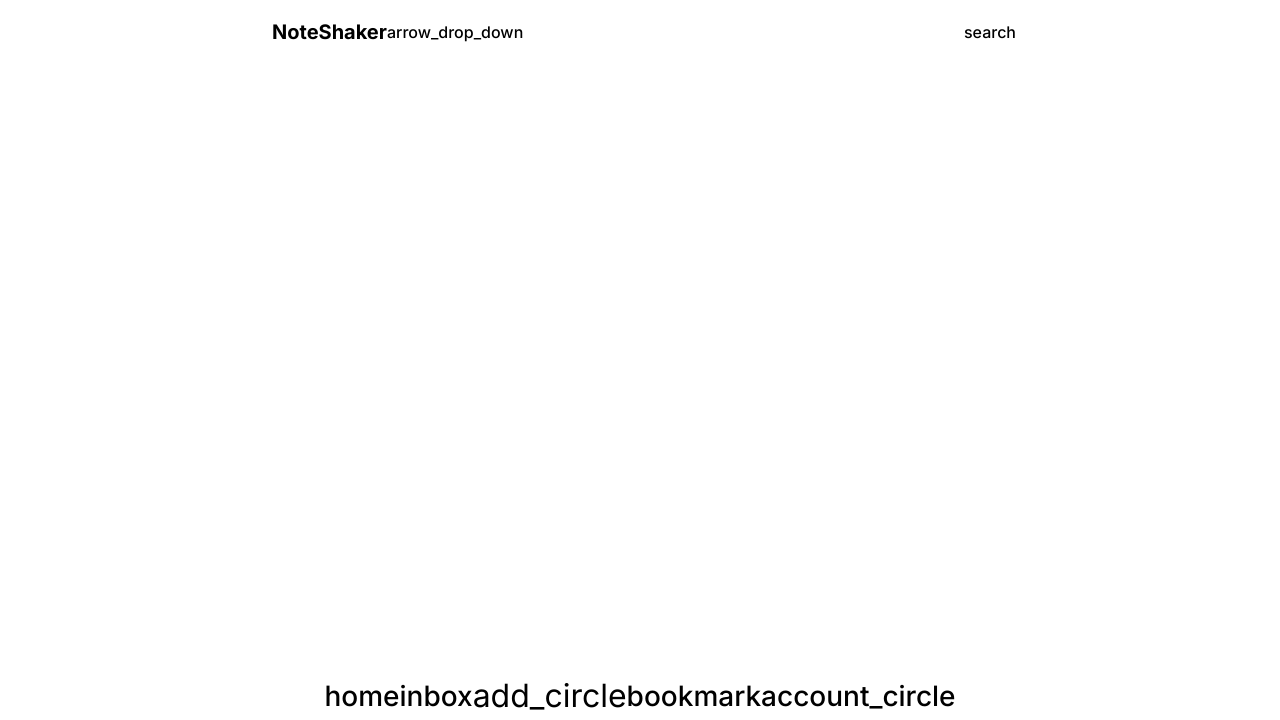
Repository: kwngmin/gongam
Page: /auth/signin
An editor plug-in stored every save of this project. The page is shown before and after a run of saves, followed by the edit.
The browser window is 1280 px wide. The pictures show the whole page.
The page's requests for data from a server got no answer. The project was rebuilt for these pictures with package versions that can differ from the ones it lists, and the page was loaded fresh each time. The framework's server and built-in components were replaced by stand-ins that run in the browser. No one was signed in, and anything a server would have sent is missing. Also part of the build but not shown: next.config.js.

Above is the page before, as saved 2023-11-01 21:43:03.

### src/app/layout.tsx
import type { Metadata } from 'next';
import { Inter } from 'next/font/google';
import './globals.css';
import Navbar from '@/components/ui/Navbar';
import 'material-symbols';
import AuthContext from '../context/AuthContext';
import Footer from '@/components/ui/Footer';
import { Analytics } from '@vercel/analytics/react';

const inter = Inter({ subsets: ['latin'] });

export const metadata: Metadata = {
  title: 'Create Next App',
  description: 'Generated by create next app',
};

export default function RootLayout({
  children,
}: {
  children: React.ReactNode;
}) {
  return (
    <html lang='en' className={inter.className}>
      <AuthContext>
        <body className='h-screen flex relative flex-col'>
          <header className='sticky top-0 w-full max-w-screen-md mx-auto px-4 '>
            <Navbar />
          </header>
          <main className='grow w-full max-w-screen-md mx-auto px-4'>
            {children}
          </main>
          <Footer />
          <Analytics />
        </body>
      </AuthContext>
    </html>
  );
}

### src/app/auth/signin/page.tsx
import { getServerSession } from 'next-auth';
import { getProviders } from 'next-auth/react';
// import { redirect } from 'next/dist/server/api-utils';
import Signin from './Signin';
import { redirect } from 'next/navigation';
import { authOptions } from '@/components/commons/lib/auth';

type Props = {
  searchParams: { callbackUrl: string };
};

export default async function SignInPage({
  searchParams: { callbackUrl },
}: Props) {
  const session = await getServerSession(authOptions);
  if (session) {
    redirect('/');
  }
  const providers = (await getProviders()) ?? {};
  return <Signin providers={providers} callbackUrl={callbackUrl ?? '/'} />;
}

### src/app/globals.css
@tailwind base;
@tailwind components;
@tailwind utilities;

:root {
  --foreground-rgb: 0, 0, 0;
  --background-start-rgb: 214, 219, 220;
  --background-end-rgb: 255, 255, 255;
}

@media (prefers-color-scheme: dark) {
  :root {
    --foreground-rgb: 255, 255, 255;
    --background-start-rgb: 0, 0, 0;
    --background-end-rgb: 0, 0, 0;
  }
}

/* body {
} */

/* font-variation-settings: 'FILL' 1, 'wght' 400, 'GRAD' 0, 'opsz' 40; */
.material-symbols-rounded {
  font-variation-settings: 'wght' 500;
  /* font-variation-settings: 'FILL' 1, 'wght' 600, 'GRAD' 0, 'opsz' 48; */
  &.filled {
    font-variation-settings: 'FILL' 1;
  }
  &.medium {
    font-size: 28px;
  }
  &.large {
    font-size: 32px;
  }
  &.xlarge {
    font-size: 36px;
  }
}

@supports (-webkit-touch-callout: none) {
  .h-screen {
    height: -webkit-fill-available;
  }
}

### src/components/ui/Navbar.tsx
'use client';

import Link from 'next/link';
import { usePathname } from 'next/navigation';
import SearchIcon from './icons/SearchIcon';
import ArrowDropDownIcon from './icons/ArrowDropDownIcon';

export default function Navbar() {
  const pathName = usePathname();
  return (
    <div className='h-16 flex items-center justify-between'>
      <Link href='/'>
        <div className='flex items-center'>
          <h1 className='text-lg md:text-xl font-bold'>NoteShaker</h1>
          <ArrowDropDownIcon />
        </div>
      </Link>
      <Link href='/search'>
        <div className='flex items-center w-9 h-9 hover:bg-gray-100 justify-center rounded-2xl'>
          <SearchIcon />
        </div>
      </Link>
    </div>
  );
}

### src/context/AuthContext.tsx
'use client';
import { SessionProvider } from 'next-auth/react';
import { ReactNode } from 'react';
type Props = {
  children: ReactNode;
};
export default function AuthContext({ children }: Props) {
  return <SessionProvider>{children}</SessionProvider>;
}

### src/components/ui/Footer.tsx
'use client';
import Dockbar from './Dockbar';
import { useSession, signIn, signOut } from 'next-auth/react';
import Loginbar from './Loginbar';

export default function Footer() {
  //   const { data: session } = useSession();
  return <Dockbar />;
  //   return (
  //     <>
  //       {session ? (
  //         <footer className='sticky bottom-0 w-full max-w-screen-md mx-auto'>
  //           <Dockbar />
  //         </footer>
  //       ) : (
  //         <div
  //           role='button'
  //           onClick={() => signIn()}
  //           className='sticky bg-gray-50 hover:bg-gray-100 rounded-full bottom-4 w-56 h-12 mx-auto flex items-center justify-center select-none font-semibold cursor-pointer'
  //         >
  //           Sign in
  //         </div>
  //       )}
  //     </>
  //   );
}

### src/app/auth/signin/Signin.tsx
'use client';
import { ClientSafeProvider, signIn } from 'next-auth/react';

type Props = {
  providers: Record<string, ClientSafeProvider>;
  callbackUrl: string;
};

export default function Signin({ providers, callbackUrl }: Props) {
  return (
    <>
      {Object.values(providers).map(({ name, id }) => (
        <div key={name}>
          <button onClick={() => signIn(id, { callbackUrl })}>
            Sign in with {name}
          </button>
        </div>
      ))}
    </>
  );
}

### src/components/commons/lib/auth.ts
import { NextAuthOptions } from 'next-auth';
import GoogleProvider from 'next-auth/providers/google';

interface Props extends NextAuthOptions {
  app: {
    signIn: string;
  };
}
export const authOptions: Props = {
  providers: [
    GoogleProvider({
      clientId: process.env.GOOGLE_OAUTH_ID || '',
      clientSecret: process.env.GOOGLE_OAUTH_SECRET || '',
    }),
  ],
  app: {
    signIn: '/auth/signin',
  },
  secret: process.env.NEXTAUTH_SECRET || '',
};

### src/components/ui/icons/SearchIcon.tsx
export default function SearchIcon() {
  return <span className='material-symbols-rounded fillIcon'>search</span>;
}

### src/components/ui/icons/ArrowDropDownIcon.tsx
export default function ArrowDropDownIcon() {
  return (
    <span className='material-symbols-rounded fillIcon'>arrow_drop_down</span>
  );
}

### src/components/ui/Dockbar.tsx
'use client';
import AddIcon from './icons/AddIcon';
import Link from 'next/link';
import { useSession, signIn, signOut } from 'next-auth/react';
import RoundIcon from './icons/RoundIcon';
import { usePathname } from 'next/navigation';

export default function Dockbar() {
  const pathName = usePathname();
  const { data: session } = useSession();
  // console.log(pathName);
  return (
    <div className='h-12 flex items-center justify-around max-w-screen-md mx-auto'>
      <Link href='/'>
        <div>
          {pathName === '/' ? (
            <RoundIcon name='home' filled style='medium' />
          ) : (
            <RoundIcon name='home' style='medium' />
          )}
        </div>
      </Link>
      <Link href='/inbox'>
        <div>
          {pathName === '/inbox' ? (
            <RoundIcon name='inbox' filled style='medium' />
          ) : (
            <RoundIcon name='inbox' style='medium' />
          )}
        </div>
      </Link>
      <Link href='/new'>
        <div>
          <RoundIcon name='add_circle' filled style='large' />
        </div>
      </Link>
      <Link href='/bookmarks'>
        <div>
          {pathName === '/bookmarks' ? (
            <RoundIcon name='bookmark' filled style='medium' />
          ) : (
            <RoundIcon name='bookmark' style='medium' />
          )}
        </div>
      </Link>
      <Link href='/account'>
        <div>
          {pathName === '/account' ? (
            <RoundIcon name='account_circle' filled style='medium' />
          ) : (
            <RoundIcon name='account_circle' style='medium' />
          )}
        </div>
      </Link>
      {/* {session ? (
        <div
          className='flex items-center w-9 h-9 hover:bg-gray-100 justify-center rounded-2xl'
          role='button'
          onClick={() => signOut()}
        >
          <AddIcon />
        </div>
      ) : (
        <div
          className='flex items-center w-9 h-9 hover:bg-gray-100 justify-center rounded-2xl'
          role='button'
          onClick={() => signIn()}
        >
          <AddIcon />
        </div>
      )} */}
    </div>
  );
}

### src/components/ui/icons/RoundIcon.tsx
type Props = {
  filled?: boolean;
  style?: string;
  name: string;
};
export default function RoundIcon({ filled = false, style, name }: Props) {
  return (
    <span
      className={`material-symbols-rounded ${
        filled ? 'filled' : ''
      } ${style} select-none`}
    >
      {name}
    </span>
  );
}

Loaded but not shown: tailwind.config.js (common file)

After the next 2 saves:
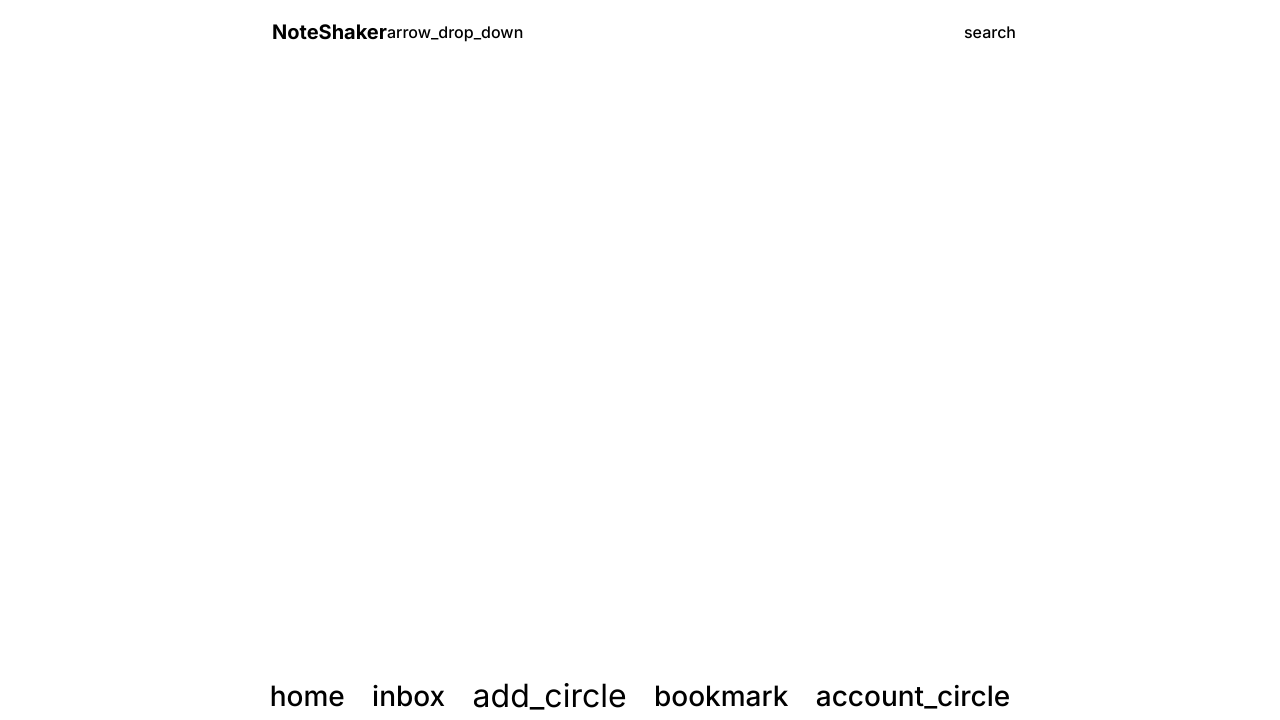
The 2 saves are shown as one change because they came seconds apart.
The last was saved 50 s later.
--- a/src/components/ui/Dockbar.tsx
+++ b/src/components/ui/Dockbar.tsx
@@ -10,7 +10,7 @@ export default function Dockbar() {
   const { data: session } = useSession();
   // console.log(pathName);
   return (
-    <div className='h-12 flex items-center justify-around max-w-screen-md mx-auto'>
+    <div className='h-12 flex items-center justify-around w-full max-w-screen-md mx-auto'>
       <Link href='/'>
         <div>
           {pathName === '/' ? (
